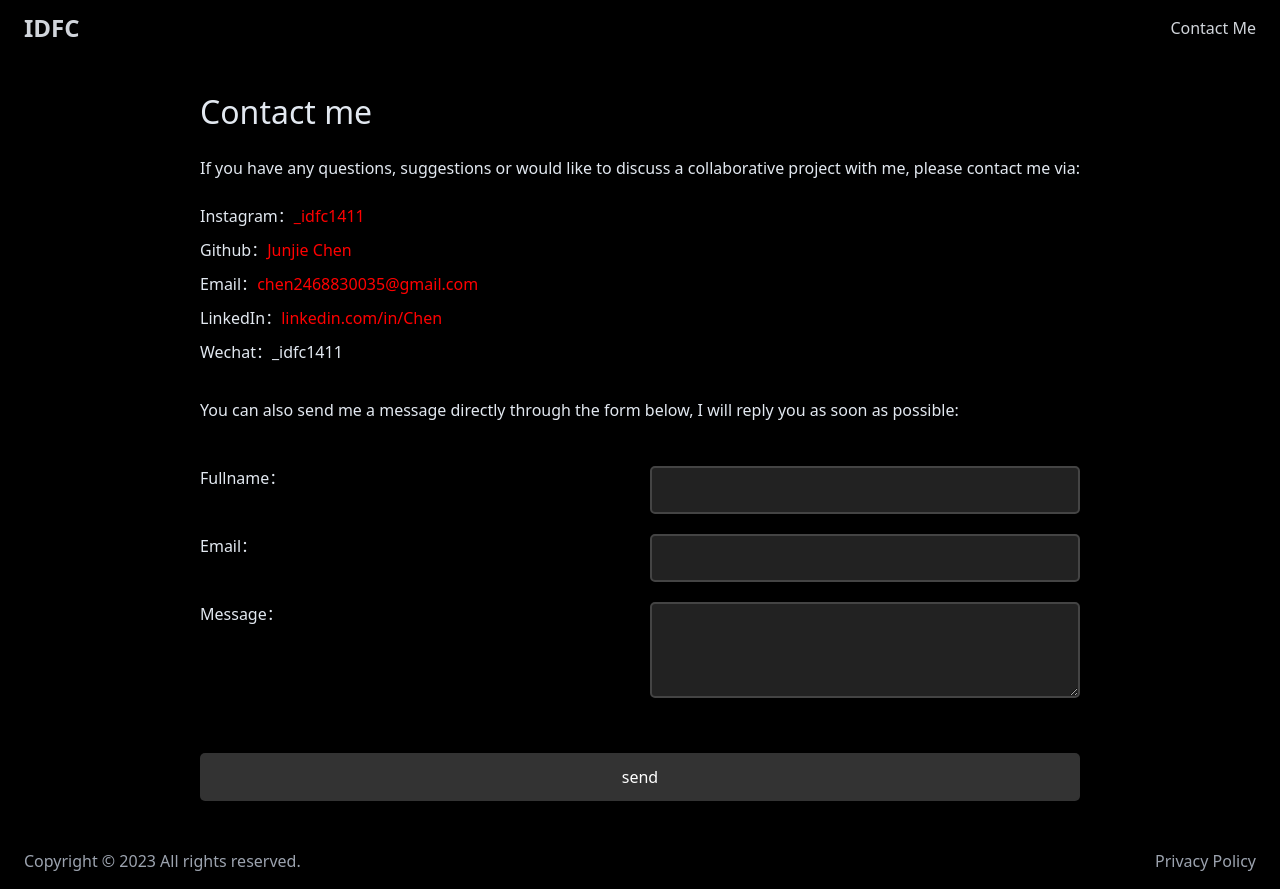
Repository: skybainiao/HackerStarter
Page: htmlFile/me.html
These files come from the project's save history. The page is drawn as it stood at one moment and after the next save; the edit follows.
The browser window is 1280 px wide. The pictures show the whole page.

Above is the page before, as saved 2023-04-09 18:59:58.

After the next save:
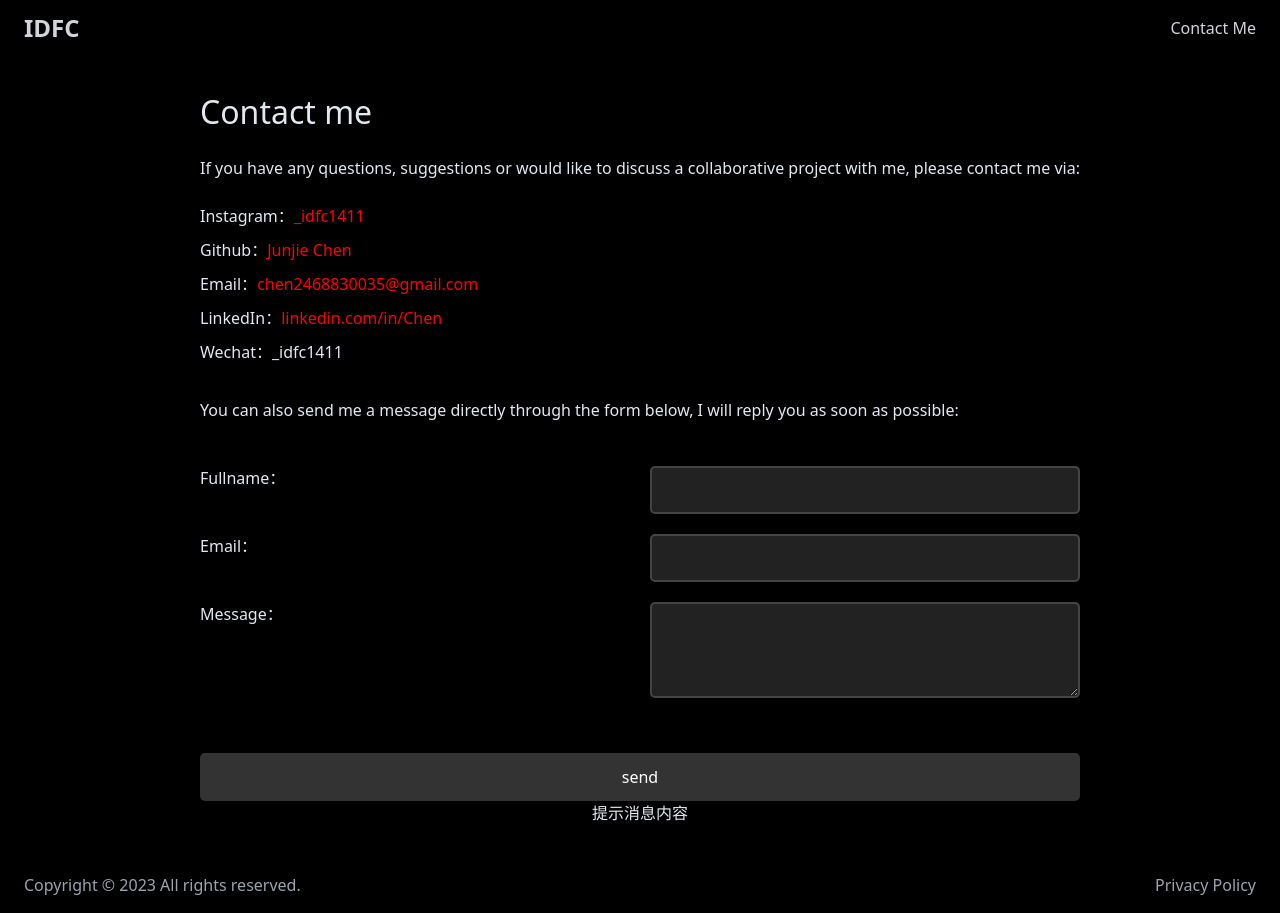
Saved 67 s later.
--- a/htmlFile/me.html
+++ b/htmlFile/me.html
@@ -60,6 +60,9 @@
                 </form>
 
             </section>
+            <div id="floating-tooltip" class="floating-tooltip">
+                提示消息内容
+              </div>
 
         </main>
     </div>
